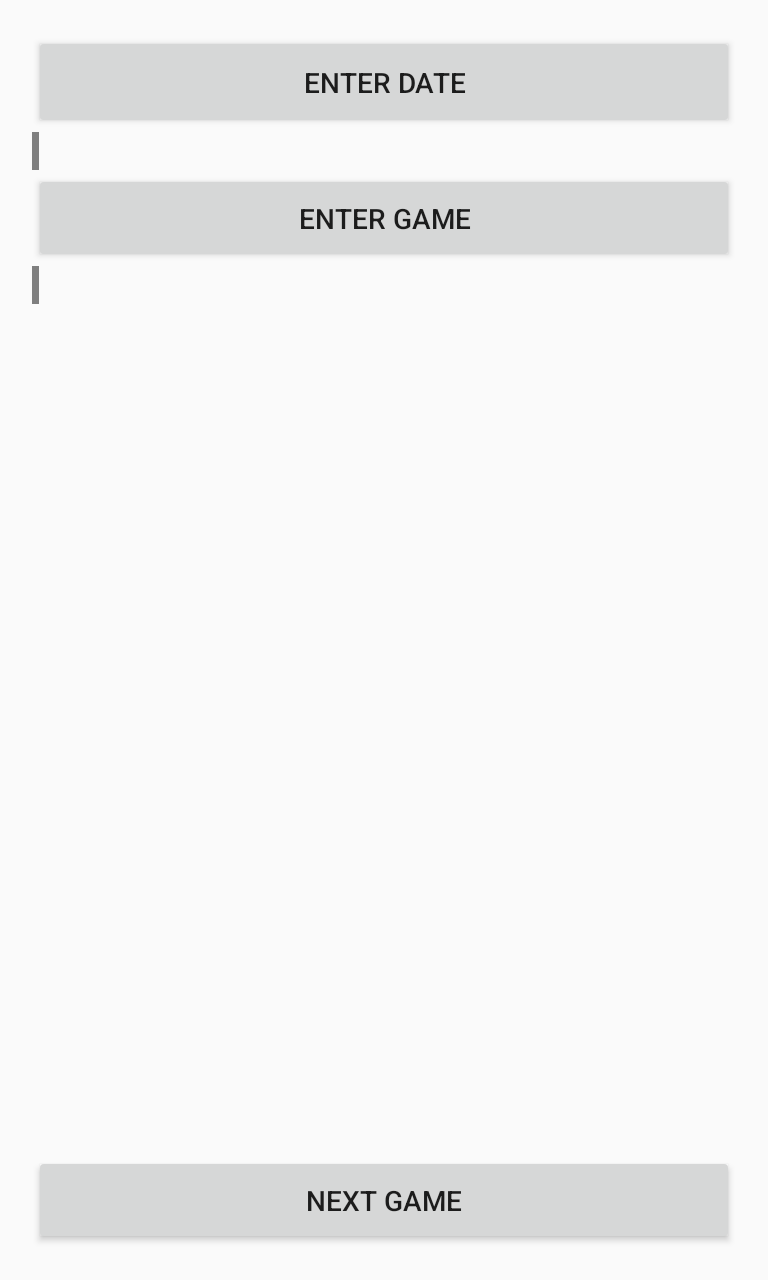
Repository: charlesweng/school
Layout: simpleandroidapps/GettingToKnowUIActivities/charleswengScoringProject/charleswengScoring/res/layout/activity_main.xml
An editor plug-in stored every save of this project. The layout is shown before and after the next save, followed by the edit.
Pictures or frames that could not be fetched are drawn as grey boxes. It is drawn on a 768 x 1280 px phone screen (xhdpi) without system bars, with theme AppTheme; the app's code is not run.

Above is the layout before, as saved 2014-04-28 06:50:16.

After the next save:
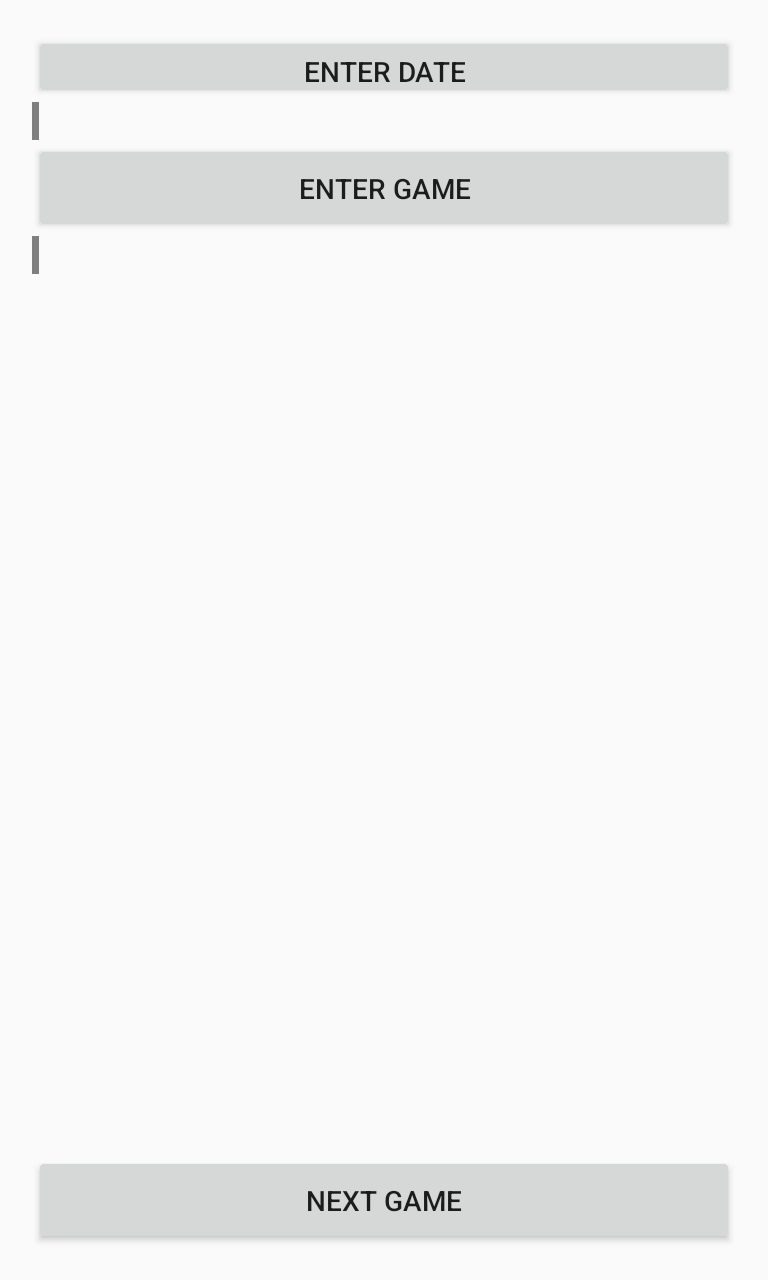
Saved 7 s later.
--- a/simpleandroidapps/GettingToKnowUIActivities/charleswengScoringProject/charleswengScoring/res/layout/activity_main.xml
+++ b/simpleandroidapps/GettingToKnowUIActivities/charleswengScoringProject/charleswengScoring/res/layout/activity_main.xml
@@ -14,7 +14,7 @@
     <Button
         android:id="@+id/datebutton"
         android:layout_width="fill_parent"
-        android:layout_height="50dp"
+        android:layout_height="35dp"
         android:layout_alignParentTop="true"
         android:layout_centerHorizontal="true"
         android:text="@string/enter_date"
